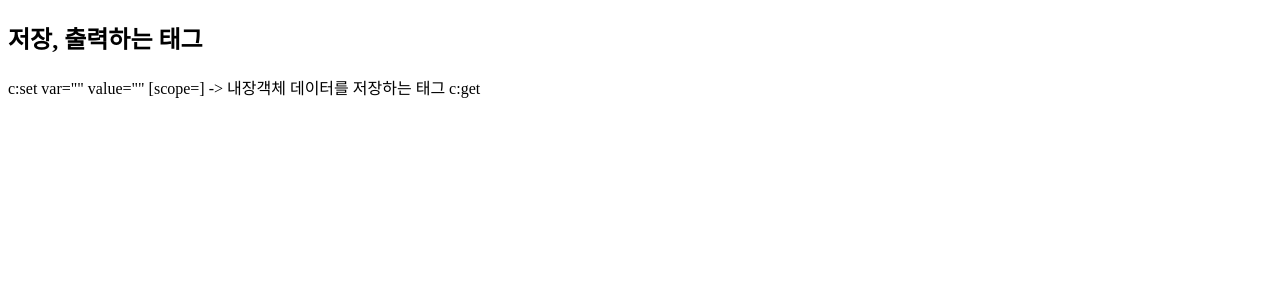
Repository: simjiho/week
Page: http://localhost/el_jstl/views/jstl/02_controltag.jsp
These files come from the project's save history. The page is drawn as it stood at one moment and after the next save; the edit follows.
The browser window is 1280 px wide. The pictures show the whole page.
The page is served by Tomcat 9.

Above is the page before, as saved 2024-04-20 05:44:36.

After the next save:
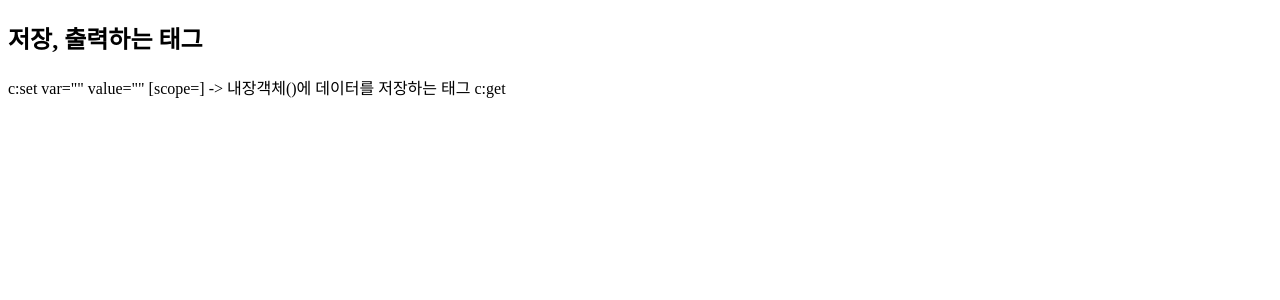
Saved 23 s later.
--- a/workspace/el_jstl/src/main/webapp/views/jstl/02_controltag.jsp
+++ b/workspace/el_jstl/src/main/webapp/views/jstl/02_controltag.jsp
@@ -10,7 +10,7 @@
 <body>
 	<h2>저장, 출력하는 태그</h2>
 	<p>
-		c:set var="" value="" [scope=] -> 내장객체 데이터를 저장하는 태그
+		c:set var="" value="" [scope=] -> 내장객체()에 데이터를 저장하는 태그
 		c:get
 	</p>
 </body>
